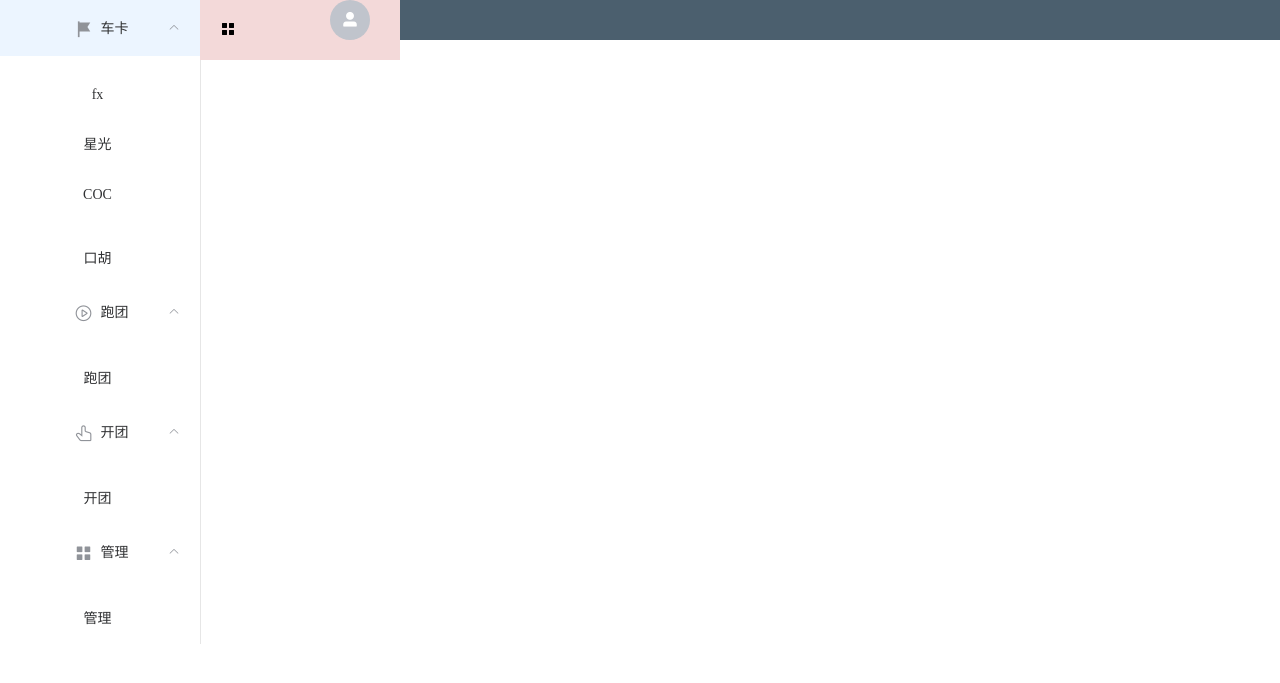
Repository: redlout/ptgkd
Page: /
The author's editor kept a copy of each file at every save. The page is drawn from the files as they stood at one save, then again after the next save.
The browser window is 1280 px wide. The pictures show the whole page.
The project was rebuilt for these pictures with package versions that can differ from the ones it lists, and the page was loaded fresh each time. Also part of the build but not shown: src/mock/mock.js, src/views/Login.vue, src/components/SvgIcon/index.vue.

Above is the page before, as saved 2019-09-02 21:49:34.

After the next save:
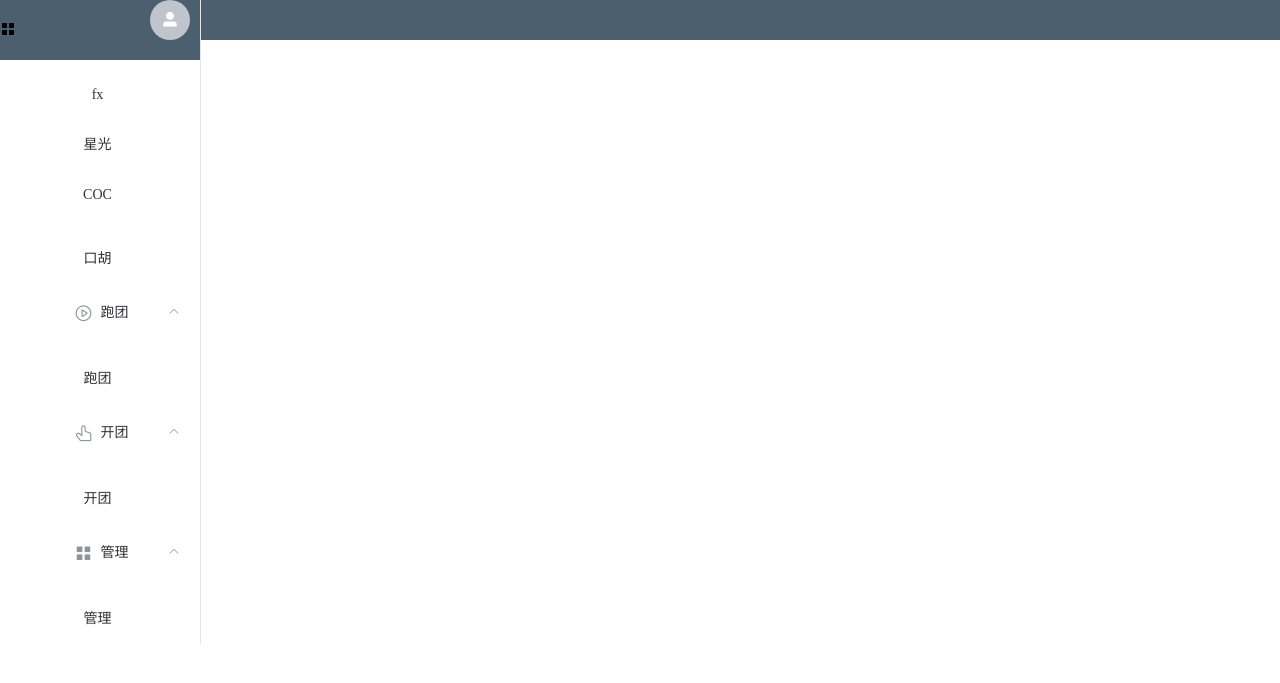
Saved 27 s later.
--- a/src/components/HeadBar/index.vue
+++ b/src/components/HeadBar/index.vue
@@ -1,8 +1,8 @@
 <template>
-<div class="container">
-    <el-header
+<div class="container" :class="$store.state.collapseState.collapse?'menu-bar-collapse-width':'menu-bar-width'">
+    <!-- <el-header
       :class="$store.state.collapseState.collapse?'menu-bar-collapse-width':'menu-bar-width'"
-    >
+    > -->
       <span @click="Oncollapse">
         <i class="el-icon-menu"></i>
       </span>
@@ -15,7 +15,7 @@
           <el-dropdown-item divided @click="logout">登出</el-dropdown-item>
         </el-dropdown-menu>
       </el-dropdown>
-    </el-header>
+    <!-- </el-header> -->
 </div>
 </template>
 
@@ -35,7 +35,7 @@ export default {
 </script>
 
 <style scoped lang="scss">
-.el-header {
+.container {
   background-color: rgb(243, 217, 217);
   position: absolute;
   left: 200px;
